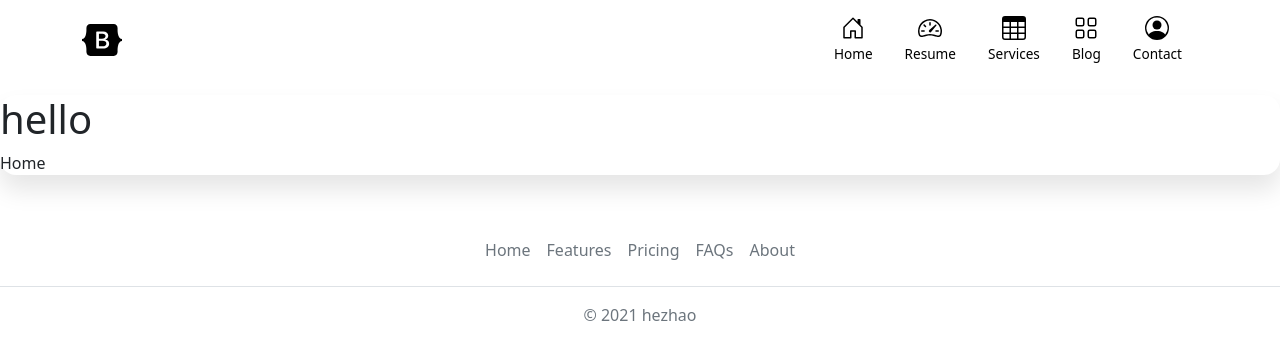
Repository: HeZhao-hugh/personal-web
Page: index.html
The author's editor kept a copy of each file at every save. The page is drawn from the files as they stood at one save, then again after the next save.
The browser window is 1280 px wide. The pictures show the whole page.

Above is the page before, as saved 2022-01-19 17:57:52.

### index.html
<!DOCTYPE html>
<html lang="en">

<head>
    <meta charset="UTF-8">
    <meta http-equiv="X-UA-Compatible" content="IE=edge">
    <meta name="viewport" content="width=device-width, initial-scale=1.0">
    <link href="https://cdn.jsdelivr.net/npm/bootstrap@5.1.3/dist/css/bootstrap.min.css" rel="stylesheet"
        integrity="sha384-1BmE4kWBq78iYhFldvKuhfTAU6auU8tT94WrHftjDbrCEXSU1oBoqyl2QvZ6jIW3" crossorigin="anonymous">
    <script src="https://cdn.jsdelivr.net/npm/bootstrap@5.1.3/dist/js/bootstrap.bundle.min.js"
        integrity="sha384-ka7Sk0Gln4gmtz2MlQnikT1wXgYsOg+OMhuP+IlRH9sENBO0LRn5q+8nbTov4+1p" crossorigin="anonymous">
    </script>

    <!-- Custom styles for this template -->
    <link href="style.css" rel="stylesheet">
    <title>Document</title>
</head>

<body>
    <svg xmlns="http://www.w3.org/2000/svg" style="display: none;">
        <symbol id="bootstrap" viewBox="0 0 118 94">
            <title>Bootstrap</title>
            <path fill-rule="evenodd" clip-rule="evenodd"
                d="M24.509 0c-6.733 0-11.715 5.893-11.492 12.284.214 6.14-.064 14.092-2.066 20.577C8.943 39.365 5.547 43.485 0 44.014v5.972c5.547.529 8.943 4.649 10.951 11.153 2.002 6.485 2.28 14.437 2.066 20.577C12.794 88.106 17.776 94 24.51 94H93.5c6.733 0 11.714-5.893 11.491-12.284-.214-6.14.064-14.092 2.066-20.577 2.009-6.504 5.396-10.624 10.943-11.153v-5.972c-5.547-.529-8.934-4.649-10.943-11.153-2.002-6.484-2.28-14.437-2.066-20.577C105.214 5.894 100.233 0 93.5 0H24.508zM80 57.863C80 66.663 73.436 72 62.543 72H44a2 2 0 01-2-2V24a2 2 0 012-2h18.437c9.083 0 15.044 4.92 15.044 12.474 0 5.302-4.01 10.049-9.119 10.88v.277C75.317 46.394 80 51.21 80 57.863zM60.521 28.34H49.948v14.934h8.905c6.884 0 10.68-2.772 10.68-7.727 0-4.643-3.264-7.207-9.012-7.207zM49.948 49.2v16.458H60.91c7.167 0 10.964-2.876 10.964-8.281 0-5.406-3.903-8.178-11.425-8.178H49.948z">
            </path>
        </symbol>
        <symbol id="Home" viewBox="0 0 16 16">
            <path
                d="M8.354 1.146a.5.5 0 0 0-.708 0l-6 6A.5.5 0 0 0 1.5 7.5v7a.5.5 0 0 0 .5.5h4.5a.5.5 0 0 0 .5-.5v-4h2v4a.5.5 0 0 0 .5.5H14a.5.5 0 0 0 .5-.5v-7a.5.5 0 0 0-.146-.354L13 5.793V2.5a.5.5 0 0 0-.5-.5h-1a.5.5 0 0 0-.5.5v1.293L8.354 1.146zM2.5 14V7.707l5.5-5.5 5.5 5.5V14H10v-4a.5.5 0 0 0-.5-.5h-3a.5.5 0 0 0-.5.5v4H2.5z" />
        </symbol>
        <symbol id="Resume" viewBox="0 0 16 16">
            <path
                d="M8 4a.5.5 0 0 1 .5.5V6a.5.5 0 0 1-1 0V4.5A.5.5 0 0 1 8 4zM3.732 5.732a.5.5 0 0 1 .707 0l.915.914a.5.5 0 1 1-.708.708l-.914-.915a.5.5 0 0 1 0-.707zM2 10a.5.5 0 0 1 .5-.5h1.586a.5.5 0 0 1 0 1H2.5A.5.5 0 0 1 2 10zm9.5 0a.5.5 0 0 1 .5-.5h1.5a.5.5 0 0 1 0 1H12a.5.5 0 0 1-.5-.5zm.754-4.246a.389.389 0 0 0-.527-.02L7.547 9.31a.91.91 0 1 0 1.302 1.258l3.434-4.297a.389.389 0 0 0-.029-.518z" />
            <path fill-rule="evenodd"
                d="M0 10a8 8 0 1 1 15.547 2.661c-.442 1.253-1.845 1.602-2.932 1.25C11.309 13.488 9.475 13 8 13c-1.474 0-3.31.488-4.615.911-1.087.352-2.49.003-2.932-1.25A7.988 7.988 0 0 1 0 10zm8-7a7 7 0 0 0-6.603 9.329c.203.575.923.876 1.68.63C4.397 12.533 6.358 12 8 12s3.604.532 4.923.96c.757.245 1.477-.056 1.68-.631A7 7 0 0 0 8 3z" />
        </symbol>
        <symbol id="Services" viewBox="0 0 16 16">
            <path
                d="M0 2a2 2 0 0 1 2-2h12a2 2 0 0 1 2 2v12a2 2 0 0 1-2 2H2a2 2 0 0 1-2-2V2zm15 2h-4v3h4V4zm0 4h-4v3h4V8zm0 4h-4v3h3a1 1 0 0 0 1-1v-2zm-5 3v-3H6v3h4zm-5 0v-3H1v2a1 1 0 0 0 1 1h3zm-4-4h4V8H1v3zm0-4h4V4H1v3zm5-3v3h4V4H6zm4 4H6v3h4V8z" />
        </symbol>
        <symbol id="Contact" viewBox="0 0 16 16">
            <path d="M11 6a3 3 0 1 1-6 0 3 3 0 0 1 6 0z" />
            <path fill-rule="evenodd"
                d="M0 8a8 8 0 1 1 16 0A8 8 0 0 1 0 8zm8-7a7 7 0 0 0-5.468 11.37C3.242 11.226 4.805 10 8 10s4.757 1.225 5.468 2.37A7 7 0 0 0 8 1z" />
        </symbol>
        <symbol id="Blog" viewBox="0 0 16 16">
            <path
                d="M1 2.5A1.5 1.5 0 0 1 2.5 1h3A1.5 1.5 0 0 1 7 2.5v3A1.5 1.5 0 0 1 5.5 7h-3A1.5 1.5 0 0 1 1 5.5v-3zM2.5 2a.5.5 0 0 0-.5.5v3a.5.5 0 0 0 .5.5h3a.5.5 0 0 0 .5-.5v-3a.5.5 0 0 0-.5-.5h-3zm6.5.5A1.5 1.5 0 0 1 10.5 1h3A1.5 1.5 0 0 1 15 2.5v3A1.5 1.5 0 0 1 13.5 7h-3A1.5 1.5 0 0 1 9 5.5v-3zm1.5-.5a.5.5 0 0 0-.5.5v3a.5.5 0 0 0 .5.5h3a.5.5 0 0 0 .5-.5v-3a.5.5 0 0 0-.5-.5h-3zM1 10.5A1.5 1.5 0 0 1 2.5 9h3A1.5 1.5 0 0 1 7 10.5v3A1.5 1.5 0 0 1 5.5 15h-3A1.5 1.5 0 0 1 1 13.5v-3zm1.5-.5a.5.5 0 0 0-.5.5v3a.5.5 0 0 0 .5.5h3a.5.5 0 0 0 .5-.5v-3a.5.5 0 0 0-.5-.5h-3zm6.5.5A1.5 1.5 0 0 1 10.5 9h3a1.5 1.5 0 0 1 1.5 1.5v3a1.5 1.5 0 0 1-1.5 1.5h-3A1.5 1.5 0 0 1 9 13.5v-3zm1.5-.5a.5.5 0 0 0-.5.5v3a.5.5 0 0 0 .5.5h3a.5.5 0 0 0 .5-.5v-3a.5.5 0 0 0-.5-.5h-3z" />
        </symbol>
    </svg>

    <main>

        <header>
            <div class="px-5 py-2 bg-white text-black">
                <div class="container">
                    <div class="d-flex flex-wrap align-items-center justify-content-center justify-content-lg-start">
                        <a href="/"
                            class="d-flex align-items-center my-2 my-lg-0 me-lg-auto text-black text-decoration-none">
                            <svg class="bi me-2" width="40" height="32" role="img" aria-label="Bootstrap">
                                <use href="#bootstrap" /></svg>
                        </a>

                        <ul class="nav col-12 col-lg-auto my-2 justify-content-center my-md-0 text-small">
                            <li>
                                <a href="#" class="nav-link text-black">
                                    <svg class="bi d-block mx-auto mb-1" width="24" height="24">
                                        <use href="#Home" /></svg>
                                    Home
                                </a>
                            </li>
                            <li>
                                <a href="#" class="nav-link text-black">
                                    <svg class="bi d-block mx-auto mb-1" width="24" height="24">
                                        <use href="#Resume" /></svg>
                                    Resume
                                </a>
                            </li>
                            <li>
                                <a href="#" class="nav-link text-black">
                                    <svg class="bi d-block mx-auto mb-1" width="24" height="24">
                                        <use href="#Services" /></svg>
                                    Services
                                </a>
                            </li>

                            <li>
                                <a href="#" class="nav-link text-black">
                                    <svg class="bi d-block mx-auto mb-1" width="24" height="24">
                                        <use href="#Blog" /></svg>
                                    Blog
                                </a>
                            </li>
                            <li>
                                <a href="#" class="nav-link text-black">
                                    <svg class="bi d-block mx-auto mb-1" width="24" height="24">
                                        <use href="#Contact" /></svg>
                                    Contact
                                </a>
                            </li>
                        </ul>
                    </div>
                </div>
            </div>
        </header>
        <!-- pages -->
        <div class="pages">
            <!-- Home page -->
            <div id="Home" class="page page--active">
                <div class="page_header">
                    <h1>
                        hello
                    </h1>
                </div>
                <div class="page_content">
                    Home
                </div>
            </div>
        </div>


        <footer class="py-3 my-4">
            <ul class="nav justify-content-center border-bottom pb-3 mb-3">
                <li class="nav-item"><a href="#" class="nav-link px-2 text-muted">Home</a></li>
                <li class="nav-item"><a href="#" class="nav-link px-2 text-muted">Features</a></li>
                <li class="nav-item"><a href="#" class="nav-link px-2 text-muted">Pricing</a></li>
                <li class="nav-item"><a href="#" class="nav-link px-2 text-muted">FAQs</a></li>
                <li class="nav-item"><a href="#" class="nav-link px-2 text-muted">About</a></li>
            </ul>
            <p class="text-center text-muted">&copy; 2021 hezhao</p>
        </footer>

    </main>
</body>

</html>

### style.css

  .form-control-dark {
    color: #fff;
    background-color: var(--bs-dark);
    border-color: var(--bs-gray);
  }
  .form-control-dark:focus {
    color: #fff;
    background-color: var(--bs-dark);
    border-color: #fff;
    box-shadow: 0 0 0 .25rem rgba(255, 255, 255, .25);
  }

  .bi {
    vertical-align: -.125em;
    fill: currentColor;
  }

  .text-small {
    font-size: 85%;
  }

  .dropdown-toggle {
    outline: 0;
  }

  .pages {
    padding: 15px 0;
    position: relative;
    flex: 1;
  }

  .page {
    display: none;
    position: absolute;
    top: 0;
    left: 0;
    right: 0;
    visibility: hidden;
    opacity: 0;
    border-radius: 16px;
    background: white;
    transition: visibility 0.3s, opacity 0.3s ease-in-out;
    box-shadow: 0px 15px 25px 0px rgba(0,0,0,0.1);
  }
  .page--active {
    display: block;
    position: relative;
    visibility: visible;
    opacity: 1;
  }

After the next save:
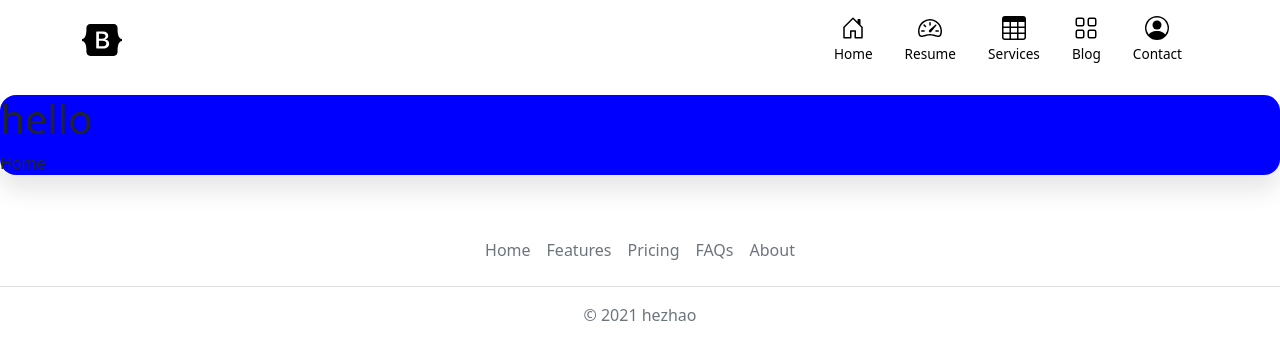
Saved 15 s later.
--- a/style.css
+++ b/style.css
@@ -39,7 +39,7 @@
     visibility: hidden;
     opacity: 0;
     border-radius: 16px;
-    background: white;
+    background: blue;
     transition: visibility 0.3s, opacity 0.3s ease-in-out;
     box-shadow: 0px 15px 25px 0px rgba(0,0,0,0.1);
   }

After the save that followed:
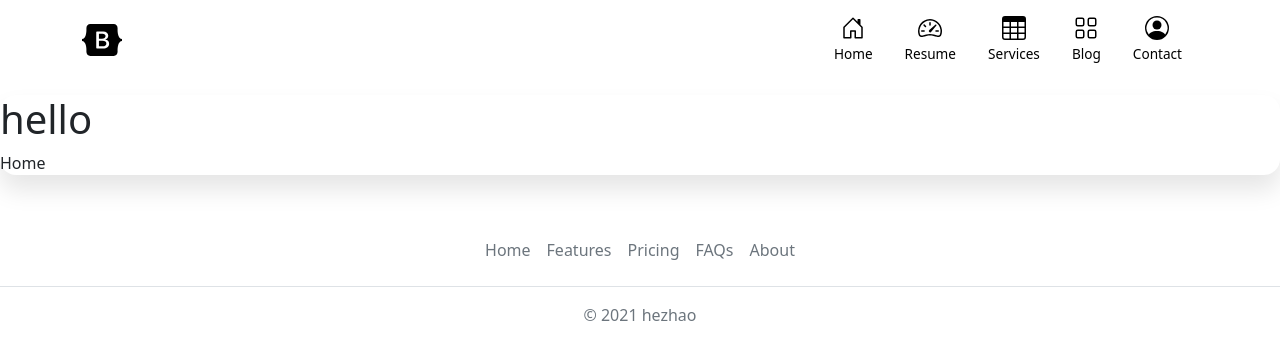
Saved 6 s later.
--- a/style.css
+++ b/style.css
@@ -39,7 +39,7 @@
     visibility: hidden;
     opacity: 0;
     border-radius: 16px;
-    background: blue;
+    background: white;
     transition: visibility 0.3s, opacity 0.3s ease-in-out;
     box-shadow: 0px 15px 25px 0px rgba(0,0,0,0.1);
   }
